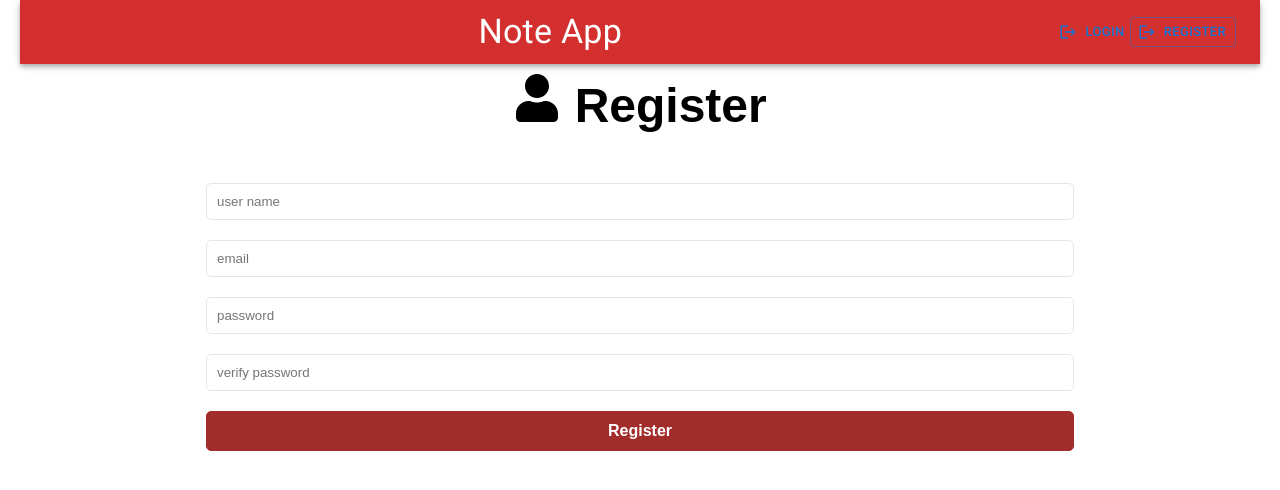
Repository: halilhaninan/MERNSTACK-Note-App
Page: /register (app in frontend/)
The author's editor kept a copy of each file at every save. The page is drawn from the files as they stood at one save, then again after the next save.
The browser window is 1280 px wide. The pictures show the whole page.
The project was rebuilt for these pictures with package versions that can differ from the ones it lists, and the page was loaded fresh each time. Also part of the build but not shown: frontend/src/Components/NotForm.jsx, frontend/src/Components/Spinner.jsx, frontend/src/Components/Not.jsx, frontend/src/pages/Dashboard.jsx, frontend/src/pages/Login.jsx, frontend/src/features/counter/counterSlice.js, frontend/src/features/counter/counter.js, frontend/src/App.css.

Above is the page before, as saved 2022-09-03 11:09:19.

### frontend/src/index.js
import React from "react";
import ReactDOM from "react-dom";
import "./index.css";
import App from "./App";

import { store } from "./app/store";
import { Provider } from "react-redux";

// import { createStore } from "redux";
// import { Provider } from "react-redux";
// import butunRreducerler from "./reducers";

// const hesapla = (state = 0, action) => {
//   switch (action.type) {
//     case "topla":
//       return state + 1;
//     case "cikar":
//       return state - 1;
//     default:
//       return state;
//   }
// };

// let store = createStore(
//   butunRreducerler,
//   window.__REDUX_DEVTOOLS_EXTENSION__ && window.__REDUX_DEVTOOLS_EXTENSION__()
// );

// store.subscribe(() => console.log(store.getState()));
//const root = ReactDOM.createRoot(document.getElementById("root"));
ReactDOM.render(
  <Provider store={store}>
    <App />
  </Provider>,
  document.getElementById("root")
);

// If you want to start measuring performance in your app, pass a function
// to log results (for example: reportWebVitals(console.log))
// or send to an analytics endpoint. Learn more: https://bit.ly/CRA-vitals

### frontend/src/index.css
@import url("https://fonts.googleapis.com/css2?family=Lobster&display=swap");

* {
  margin: 0;
  padding: 0;
  box-sizing: border-box;
}

body {
  font-family: Arial, Helvetica, sans-serif;
  height: 100vh;
  font-size: larger;
}

a {
  text-decoration: none;
  color: #000;
}

p {
  line-height: 1.7;
}

ul {
  list-style: none;
}

li {
  line-height: 2.2;
}

h1,
h2,
h3 {
  font-weight: 600;
  margin-bottom: 10px;
}

.container {
  width: 100%;
  max-width: 1500px;
  margin: 0 auto;
  padding: 0 20px;
  text-align: center;
}

.header {
  display: flex;
  justify-content: space-between;
  align-items: center;
  padding: 20px 0;
  border-bottom: 1px solid #e6e6e6;
  margin-bottom: 60px;
}

.header ul {
  display: flex;
  align-items: center;
  justify-content: space-between;
}

.header ul li {
  margin-left: 20px;
}

.header ul li a {
  display: flex;
  align-items: center;
  color: #a22c29;
}

.header ul li a:hover {
  color: #f27059;
}

.header ul li a svg {
  margin-right: 5px;
}

.heading {
  font-size: 2rem;
  font-weight: 700;
  margin-bottom: 50px;
  padding: 0 20px;
}

.heading p {
  color: #828282;
}

.notlar {
  display: grid;
  grid-template-columns: repeat(3, 1fr);
  gap: 10px;
}

.not {
  background-color: #f4f4f4;
  margin: 10px 0;
  padding: 20px 0 10px;
  position: relative;
}

.not .close {
  position: absolute;
  top: 10px;
  right: 15px;
  cursor: pointer;
  border: none;
  background: none;
}

.form,
.content {
  width: 70%;
  margin: 0 auto;
}

.form-group {
  margin-bottom: 10px;
}

.form-group input,
.form-group textarea,
.form-group select {
  width: 100%;
  padding: 10px;
  border: 1px solid #e6e6e6;
  border-radius: 5px;
  margin-bottom: 10px;
  font-family: inherit;
}

.form-group label {
  text-align: left;
  display: block;
  margin: 0 0 5px 3px;
}

.btn {
  padding: 10px 20px;
  border: 1px solid #a22c29;
  border-radius: 5px;
  background: #a22c29;
  color: #fff;
  font-size: 16px;
  font-weight: 700;
  cursor: pointer;
  text-align: center;
  appearance: button;
  display: flex;
  align-items: center;
  justify-content: center;
}

.btn svg {
  margin-right: 8px;
}

.btn-reverse {
  background: #fff;
  color: #000;
}

.btn-block {
  width: 100%;
  margin-bottom: 20px;
}

.btn-add {
  background: #34a0a4 !important;
  border: 1px solid #34a0a4;
}

.btn:hover {
  transform: scale(0.98);
}

.loadingSpinnerContainer {
  position: fixed;
  top: 0;
  right: 0;
  bottom: 0;
  left: 0;
  background-color: rgba(0, 0, 0, 0.5);
  z-index: 5000;
  display: flex;
  justify-content: center;
  align-items: center;
}

.loadingSpinner {
  width: 64px;
  height: 64px;
  border: 8px solid;
  border-color: #000 transparent #555 transparent;
  border-radius: 50%;
  animation: spin 1.2s linear infinite;
}

@keyframes spin {
  0% {
    transform: rotate(0deg);
  }
  100% {
    transform: rotate(360deg);
  }
}

@media (max-width: 960px) {
  .notlar {
    grid-template-columns: repeat(2, 1fr);
  }
}

@media (max-width: 600px) {
  .form {
    width: 90%;
  }

  .heading h1 {
    font-size: 2rem;
  }

  .heading p {
    font-size: 1.5rem;
  }

  .notlar {
    grid-template-columns: repeat(1, 1fr);
  }
}

### frontend/src/App.js
import { BrowserRouter as Router, Routes, Route } from "react-router-dom";
import Header from "./Components/Header";
import Dashboard from "./pages/Dashboard";
import Login from "./pages/Login";
import Register from "./pages/Register";

// import { useSelector, useDispatch } from "react-redux";
// import { girisYap, topla, cikar } from "./actions";

import { ToastContainer } from "react-toastify";
import "react-toastify/dist/ReactToastify.css";
import Counter from "./features/counter/counter";
import "./App.css";

function App() {
  // return (
  //   <div>
  //     <Counter />
  //   </div>
  // );
  return (
    <>
      <Router>
        <div className="container">
          <Header></Header>
          <Routes>
            <Route path="/" element={<Dashboard />} />
            <Route path="/register" element={<Register />} />
            <Route path="/login" element={<Login />} />
          </Routes>
        </div>
      </Router>
      <ToastContainer />
    </>
  );
  //
  //
  //
  // const giris = useSelector((state) => state.giris);
  // const hesapla = useSelector((state) => state.hesapla);
  // const dispatch = useDispatch();
  // return (
  //   <div className="app">
  //     {giris ? (
  //       <>
  //         {hesapla}
  //         <button onClick={() => dispatch(topla())}>+</button>
  //         <button onClick={() => dispatch(cikar())}>-</button>
  //       </>
  //     ) : (
  //       <>
  //         <h3>please sign in</h3>
  //         <button onClick={() => dispatch(girisYap())}>sign in</button>
  //       </>
  //     )}
  //   </div>
  // );
}

export default App;

### frontend/src/app/store.js
import { configureStore } from "@reduxjs/toolkit";

import authReducer from "../features/auth/authSlice";
import notReducer from "../features/data/dataSlice";

export const store = configureStore({
  reducer: {
    auth: authReducer,
    notlar: notReducer,
  },
});

// yeni not olustururken altta olan kod gibi dataslice olustur sonra store.js den import et reducer ile tanimla ++ data service olusturuluyor

// import { createSlice, createAsyncThunk } from "@reduxjs/toolkit";

// const initialState = {
//   notlar: [],
//   isHata: false,
//   isBasari: false,
//   isYkleniyor: false,
//   mesaj: "",
// };

// export const notSlice = createSlice({
//   name: "notlar",
//   initialState,
//   reducers: {
//     reset: (state) => initialState,
//   },
// });

// export const { reset }  = notSlice.actions;
// export default notSlice.reducer;

### frontend/src/Components/Header.jsx
import React from "react";
import { FaSignInAlt, FaSignOutAlt, FaUser, FaPen } from "react-icons/fa";
import { Link, useNavigate } from "react-router-dom";
import { useSelector, useDispatch } from "react-redux";
import { logout, reset } from "../features/auth/authSlice";
import AppBar from "@mui/material/AppBar";
import { Toolbar, Typography, Button } from "@mui/material";
import { Login, Face, Home, Logout } from "@mui/icons-material";

function Header() {
  const navigate = useNavigate();
  const dispatch = useDispatch();

  const { kullanici } = useSelector((state) => state.auth);

  const onLogout = () => {
    dispatch(logout());
    dispatch(reset());
    navigate("/login");
  };

  return (
    <AppBar position="static" color="error" sx={{ marginBottom: "10px" }}>
      <Toolbar>
        <Typography variant="h4" component="div" sx={{ flexGrow: 1 }}>
          Note App
        </Typography>
        {kullanici ? (
          <>
            <Button
              sx={{ marginRight: "10px" }}
              colors="inherit"
              size="large"
              startIcon={<Home />}
              onClick={anasayfayaGit}>
              Home Page
            </Button>
            <Button
              variant="outlined"
              colors="inherit"
              size="small"
              startIcon={<Logout />}
              onClick={onLogout}>
              Logout
            </Button>
          </>
        ) : (
          <>
            <Button
              colors="inherit"
              size="small"
              startIcon={<Logout />}
              onClick={onLogout}>
              Login
            </Button>
            <Button
              variant="outlined"
              colors="inherit"
              size="small"
              startIcon={<Logout />}
              onClick={onLogout}>
              Register
            </Button>
          </>
        )}
      </Toolbar>
    </AppBar>
  );

  // return (
  //   <header className="header">
  //     <h2>mongo db test app </h2>
  //     <div className="logo"></div>
  //     <ul>
  //       {kullanici ? (
  //         <>
  //           <li>
  //             <Link to="/">
  //               <FaPen /> Create Note
  //             </Link>
  //           </li>
  //           <li>
  //             <button className="btn" onClick={onLogout}>
  //               Logout{" "}
  //             </button>
  //           </li>
  //         </>
  //       ) : (
  //         <>
  //           <li>
  //             <Link to="/login">
  //               <FaSignInAlt /> Login
  //             </Link>
  //           </li>
  //           <li>
  //             <Link to="/register">
  //               <FaUser /> Register
  //             </Link>
  //           </li>
  //         </>
  //       )}
  //     </ul>
  //   </header>
  // );
}

export default Header;

### frontend/src/pages/Register.jsx
import React, { useState } from "react";
import { useEffect } from "react";
import { FaUser } from "react-icons/fa";
import { useSelector, useDispatch } from "react-redux";
import { useNavigate } from "react-router-dom";
import { toast } from "react-toastify";
import { register, reset } from "../features/auth/authSlice";
import Spinner from "../Components/Spinner";

function Register() {
  const navigate = useNavigate();
  const dispatch = useDispatch();

  const { kullanici, isHata, isBasari, isYukleniyor, mesaj } = useSelector(
    (state) => state.auth
  );

  const [formData, setFormData] = useState({
    kullaniciAd: "",
    email: "",
    parola: "",
    parolaKontrol: "",
  });

  const { kullaniciAd, email, parola, parolaKontrol } = formData;

  const onChange = (e) => {
    setFormData((prev) => ({
      ...prev,
      [e.target.name]: e.target.value,
    }));
  };

  const onSubmit = (e) => {
    e.preventDefault();
    // console.log(formData);

    if (parola !== parolaKontrol) {
      toast.error("parolalar eslesmedi");
    } else {
      const userData = {
        kullaniciAd,
        email,
        parola,
      };
      dispatch(register(userData));
    }
  };

  useEffect(() => {
    if (isHata) {
      toast.error(mesaj);
    }
    if (isBasari || kullanici) {
      navigate("/");
    }
    dispatch(reset());
  }, [kullanici, isHata, isBasari, mesaj, navigate, dispatch]);

  if (isYukleniyor) {
    <Spinner />;
  }

  return (
    <>
      <section className="heading">
        <h1>
          <FaUser /> Register
        </h1>
      </section>
      <section className="form">
        <form onSubmit={onSubmit}>
          <div className="form-group">
            <input
              type="text"
              classname="form-control"
              id="kullaniciAd"
              name="kullaniciAd"
              value={kullaniciAd}
              placeholder="user name"
              onChange={onChange}></input>
          </div>
          <div className="form-group">
            <input
              type="email"
              classname="form-control"
              id="email"
              name="email"
              value={email}
              placeholder="email"
              onChange={onChange}></input>
          </div>
          <div className="form-group">
            <input
              type="password"
              classname="form-control"
              id="parola"
              name="parola"
              value={parola}
              placeholder="password"
              onChange={onChange}></input>
          </div>
          <div className="form-group">
            <input
              type="password"
              classname="form-control"
              id="parolaKontrol"
              name="parolaKontrol"
              value={parolaKontrol}
              placeholder="verify password"
              onChange={onChange}></input>
          </div>
          <div className="form-group">
            <button type="submit" className="btn btn-block">
              Register
            </button>
          </div>
        </form>
      </section>
    </>
  );
}

export default Register;

### frontend/src/features/auth/authSlice.js
import { createAsyncThunk, createSlice } from "@reduxjs/toolkit";
import authService from "./authService";

const kullanici = JSON.parse(localStorage.getItem("kullanici"));

const initialState = {
  kullanici: kullanici ? kullanici : null,
  isHata: false,
  isBasari: false,
  isYukleniyor: false,
  mesaj: "",
};

export const register = createAsyncThunk(
  "auth/register",
  async (user, thunkAPI) => {
    try {
      return await authService.register(user);
    } catch (error) {
      const mesaj =
        (error.response &&
          error.response.data &&
          error.response.data.message) ||
        error.message ||
        error.toString();

      return thunkAPI.rejectWithValue(mesaj);
    }
  }
);

export const authSlice = createSlice({
  name: "auth",
  initialState,
  reducers: {
    reset: (state) => {
      state.isHata = false;
      state.isBasari = false;
      state.isYukleniyor = false;
      state.mesaj = "";
    },
  },
  extraReducers: (builder) => {
    builder
      .addCase(register.pending, (state) => {
        state.isYukleniyor = true;
      })
      .addCase(register.fulfilled, (state, action) => {
        state.isYukleniyor = false;
        state.isBasari = true;
        state.kullanici = action.payload;
      })
      .addCase(register.rejected, (state, action) => {
        state.isYukleniyor = false;
        state.isHata = true;
        state.mesaj = action.payload;
        state.kullanici = null;
      }) //
      .addCase(login.pending, (state) => {
        state.isYukleniyor = true;
      })
      .addCase(login.fulfilled, (state, action) => {
        state.isYukleniyor = false;
        state.isBasari = true;
        state.kullanici = action.payload;
      })
      .addCase(login.rejected, (state, action) => {
        state.isYukleniyor = false;
        state.isHata = true;
        state.mesaj = action.payload;
        state.kullanici = null;
      })
      .addCase(logout.fulfilled, (state) => {
        state.kullanici = null;
      });
  },
});

export const logout = createAsyncThunk("auth/logout", async () => {
  await authService.logout();
});

export const login = createAsyncThunk("auth/login", async (user, thunkAPI) => {
  try {
    return await authService.login(user);
  } catch (error) {
    const mesaj =
      (error.response && error.response.data && error.response.data.message) ||
      error.message ||
      error.toString();

    return thunkAPI.rejectWithValue(mesaj);
  }
});

export const { reset } = authSlice.actions;
export default authSlice.reducer;

### frontend/src/features/data/dataSlice.js
import { createSlice, createAsyncThunk } from "@reduxjs/toolkit";
import thunk from "redux-thunk";
import dataService from "./dataService";

const initialState = {
  notlar: [],
  isHata: false,
  isBasari: false,
  isYukleniyor: false,
  mesaj: "",
};

export const notSlice = createSlice({
  name: "notlar",
  initialState,
  reducers: {
    reset: (state) => initialState,
  },
  extraReducers: (builder) => {
    builder
      .addCase(notOlustur.pending, (state) => {
        state.isYukleniyor = true;
      })
      .addCase(notOlustur.fulfilled, (state, action) => {
        state.isYukleniyor = false;
        state.isBasari = true;
        state.notlar.unshift(action.payload);
      })
      .addCase(notOlustur.rejected, (state, action) => {
        state.isYukleniyor = false;
        state.isHata = true;
        state.isBasari = false;
        state.mesaj = action.payload;
      })
      .addCase(notlarGetir.pending, (state) => {
        state.isYukleniyor = true;
      })
      .addCase(notlarGetir.fulfilled, (state, action) => {
        state.isYukleniyor = false;
        state.isBasari = true;
        state.notlar = action.payload;
      })
      .addCase(notlarGetir.rejected, (state, action) => {
        state.isYukleniyor = false;
        state.isBasari = false;
        state.isHata = true;
        state.mesaj = action.payload;
      })
      .addCase(notSil.pending, (state) => {
        state.isYukleniyor = true;
      })
      .addCase(notSil.fulfilled, (state, action) => {
        state.isYukleniyor = false;
        state.isBasari = true;
        state.notlar = state.notlar.filter(
          (not) => not._id !== action.payload.id
        );
      })
      .addCase(notSil.rejected, (state, action) => {
        state.isYukleniyor = false;
        state.isBasari = false;
        state.isHata = true;
        state.mesaj = action.payload;
      });
  },
});

export const notOlustur = createAsyncThunk(
  "notlar/create",
  async (notData, thunkAPI) => {
    try {
      const token = thunkAPI.getState().auth.kullanici.token;
      return await dataService.notOlustur(notData, token);
    } catch (error) {
      const mesaj =
        (error.response &&
          error.response.data &&
          error.response.data.message) ||
        error.message ||
        error.toString();

      return thunkAPI.rejectWithValue(mesaj);
    }
  }
);

export const notlarGetir = createAsyncThunk(
  "notlar/getAll",
  async (_, thunkAPI) => {
    try {
      const token = thunkAPI.getState().auth.kullanici.token;
      return await dataService.notlarGetir(token);
    } catch (error) {
      const mesaj =
        (error.response &&
          error.response.data &&
          error.response.data.message) ||
        error.message ||
        error.toString();

      return thunkAPI.rejectWithValue(mesaj);
    }
  }
);

export const notSil = createAsyncThunk(
  "notlar/delete",
  async (id, thunkAPI) => {
    try {
      const token = thunkAPI.getState().auth.kullanici.token;
      return await dataService.notSil(id, token);
    } catch (error) {
      const mesaj =
        (error.response &&
          error.response.data &&
          error.response.data.message) ||
        error.message ||
        error.toString();

      return thunkAPI.rejectWithValue(mesaj);
    }
  }
);

export const { reset } = notSlice.actions;
export default notSlice.reducer;

### frontend/src/features/auth/authService.js
import axios from "axios";

const API_URL = "/api/kullanicilar/";

const register = async (kullaniciData) => {
  const response = await axios.post(API_URL, kullaniciData);

  if (response.data) {
    localStorage.setItem("kullanici", JSON.stringify(response.data));
  }

  return response.data;
};

const logout = () => {
  localStorage.removeItem("kullanici");
};

const login = async (kullaniciData) => {
  const response = await axios.post(API_URL + "login", kullaniciData);
  if (response.data) {
    localStorage.setItem("kullanici", JSON.stringify(response.data));
  }

  return response.data;
};

const authService = {
  register,
  logout,
  login,
};

export default authService;

### frontend/src/features/data/dataService.js
import axios from "axios";

const API_URL = "/api/notlar/";

const notOlustur = async (notData, token) => {
  const config = {
    headers: {
      Authorization: `Bearer ${token}`,
    },
  };
  const response = await axios.post(API_URL, notData, config);

  return response.data;
};

const notlarGetir = async (token) => {
  const config = {
    headers: {
      Authorization: `Bearer ${token}`,
    },
  };
  const response = await axios.get(API_URL, config);
  return response.data;
};

const notSil = async (notId, token) => {
  const config = {
    headers: {
      Authorization: `Bearer ${token}`,
    },
  };

  const response = await axios.delete(API_URL + notId, config);

  return response.data;
};

const dataService = {
  notOlustur,
  notlarGetir,
  notSil,
};

export default dataService;

Loaded but not shown: frontend/public/index.html (common file)

After the next save:
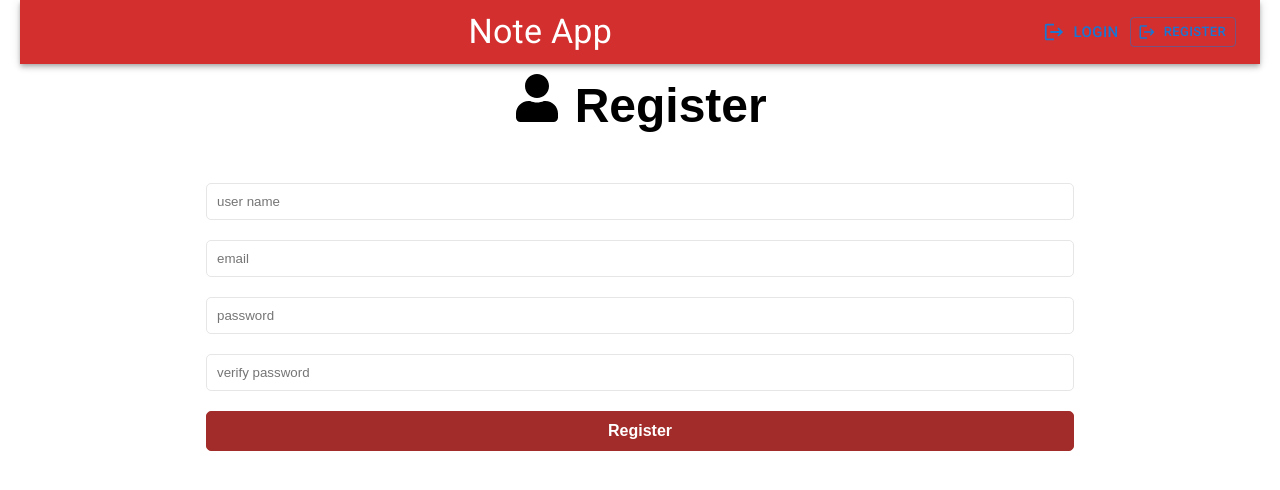
Saved 5 s later.
--- a/frontend/src/Components/Header.jsx
+++ b/frontend/src/Components/Header.jsx
@@ -48,7 +48,7 @@ function Header() {
           <>
             <Button
               colors="inherit"
-              size="small"
+              size="large"
               startIcon={<Logout />}
               onClick={onLogout}>
               Login
